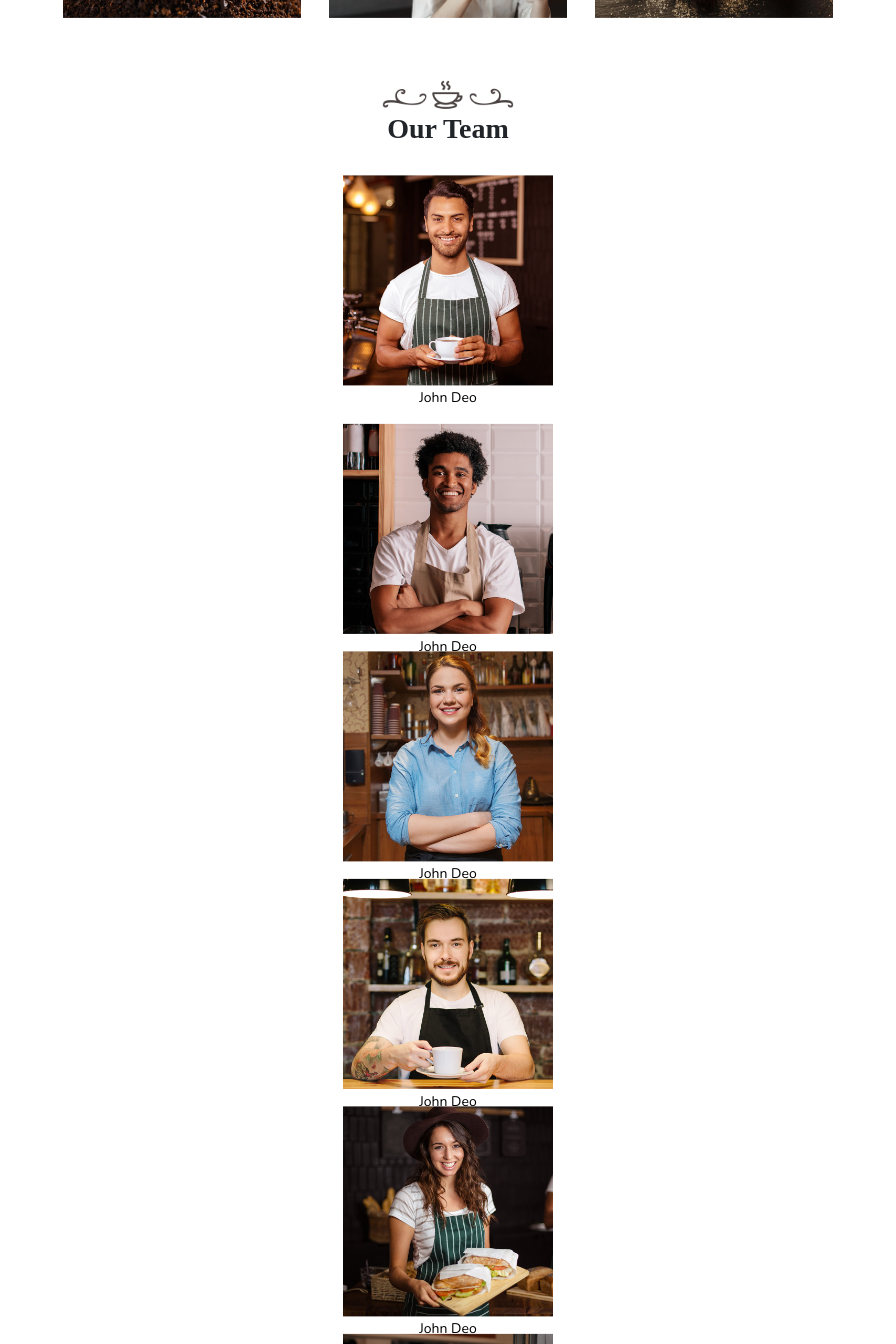
Repository: Ragavan728/coffee_full
Page: index.html
The author's editor kept a copy of each file at every save. The page is drawn from the files as they stood at one save, then again after a run of saves.
The browser window is 1280 px wide. The pictures show the part of the page from y = 3302 to 5222 px (the page is 6627 px tall before and 5327 px after), at 70% of full size.
Some web fonts or font styles are not loaded; a fallback is used.

Above is the page before, as saved 2025-02-10 16:17:58.

### index.html
<!DOCTYPE html>
<html lang="en">

<head>
    <meta charset="UTF-8">
    <meta name="viewport" content="width=device-width, initial-scale=1.0">
    <title>Coffee Shop</title>
    <link rel="shortcut icon" href="./assets/images/logo.png" type="image/x-icon">
    <link rel="stylesheet" href="./style.css">
    <link rel="stylesheet" href="https://cdnjs.cloudflare.com/ajax/libs/font-awesome/6.7.2/css/all.min.css"
        integrity="sha512-Evv84Mr4kqVGRNSgIGL/F/aIDqQb7xQ2vcrdIwxfjThSH8CSR7PBEakCr51Ck+w+/U6swU2Im1vVX0SVk9ABhg=="
        crossorigin="anonymous" referrerpolicy="no-referrer" />
    <!-- <link rel="stylesheet" href="./cssSequence.css"> -->
</head>

<body>
    <header>
        <nav class="navBar"> <!-- component -->
            <div class="navContainer align"> <!-- componentContainer -->
                <div class="navBody grid-2"> <!-- row 1 -->
                    <div class="logoBlock dflex"> <!-- column 1 -->
                        <figure class="logoBox dflex"> <!-- subColumn 1 -->
                            <img src="./assets/images/logo.png" alt="logo">
                        </figure>
                    </div>
                    <div class="navlinkBlock dflex"> <!-- column 2 -->
                        <ul class="navlinkBox dflex"> <!-- subcolumn 1 -->
                            <li><a href="">Home</a></li>
                            <li><a href="">About</a></li>
                            <li><a href="">Menu</a></li>
                            <li><a href="">Gallery</a></li>
                            <li><a href="">Team</a></li>
                            <li><a href="">Contact</a></li>
                        </ul>
                    </div>
                </div>
            </div>
        </nav>
        <section class="heroSection componentSpacing"> <!-- component -->
            <div class="heroContainer align"> <!-- componentContainer -->
                <div class="heroBody grid-1"> <!-- row 1 -->
                    <div class="heroBlock dflex"> <!-- column 1 -->
                        <div class="heroBox dflex-col"> <!-- subcolumn 1 -->
                            <h1>Coffee Heaven</h1>
                            <p>Lorem Ipsum, Dolor Sit Amet Consectetur
                                Adipisicing Elit. Adipisci Ipsa Id Vero
                                Perferendis, Reiciendis Dolores!</p>
                            <button type="button">About Us</button>
                        </div>
                    </div>
                </div>
            </div>
        </section>
    </header>
    <main>
        <section class="ourMenu componentSpacing"> <!-- component -->
            <div class="ourMenuContainer align"> <!-- componentContainer  -->
                <div class="ourMenuBody grid-2"> <!-- row 1 -->
                    <div class="ourMenuImgBlock dflex"> <!-- column 1 -->
                        <figure class="ourMenuImgBox dflex"> <!-- subColumn 1 -->
                            <img src="./assets/images/ourmenu.svg" alt="menuImg">
                        </figure>
                    </div>
                    <div class="ourMenuBlock dflex"> <!-- column 2 -->
                        <div class="ourMenuBox dflex-col"> <!-- subcolumn 1 -->
                            <h2>A Cup Of Coffee Can Complete Your Day</h2>
                            <p>Lorem ipsum, dolor sit amet consectetur adipisicing elit. Pariatur, esse corrupti.
                                Incidunt fuga sit numquam est consequatur provident ipsa quidem! Lorem</p>
                            <button type="button">Our Menu</button>
                        </div>
                    </div>
                </div>
            </div>
        </section>
        <section class="ourFacility componentSpacing"> <!-- component -->
            <div class="ourFacilityContainer align"> <!-- componentContainer -->
                <div class="headingBody grid-1"> <!-- row 1 -->
                    <div class="headingBlock dflex"> <!-- column 1 -->
                        <div class="headingBox dflex-col"> <!-- subcolumn 1 -->
                            <figure class="headingImg">
                                <img src="./assets/images/heading.png" alt="heading_design">
                            </figure>
                            <h2>our facility</h2>
                        </div>
                    </div>
                </div>
                <div class="facilityListsBody grid-4"> <!-- row 2 -->
                    <div class="facilityBlock dflex"> <!-- column 1 -->
                        <div class="facilityCard dflex-col"> <!-- subcolumn 1 -->
                            <figure class="facilityCardHead">
                                <img src="./assets/images/facility_1.png" alt="facility_01">
                            </figure>
                            <div class="facilityCardBody">
                                <h3>Varieties Of Coffee</h3>
                                <p>Lorem Ipsum Dolor, Sit Amet Consectetur Adipisicing Elit.</p>
                            </div>
                        </div>
                    </div>
                    <div class="facilityBlock dflex"> <!-- column 2 -->
                        <div class="facilityCard dflex-col"> <!-- subcolumn 1 -->
                            <figure class="facilityCardHead">
                                <img src="./assets/images/facility_2.png" alt="facility_02">
                            </figure>
                            <div class="facilityCardBody">
                                <h3>Coffee Beans</h3>
                                <p>Lorem Ipsum Dolor, Sit Amet Consectetur Adipisicing Elit.</p>
                            </div>
                        </div>
                    </div>
                    <div class="facilityBlock dflex"> <!-- column 3 -->
                        <div class="facilityCard dflex-col"> <!-- subcolumn 1 -->
                            <figure class="facilityCardHead">
                                <img src="./assets/images/facility_3.png" alt="facility_03">
                            </figure>
                            <div class="facilityCardBody">
                                <h3>Breakfast And Sweets</h3>
                                <p>Lorem Ipsum Dolor, Sit Amet Consectetur Adipisicing Elit.</p>
                            </div>
                        </div>
                    </div>
                    <div class="facilityBlock dflex"> <!-- column 4 -->
                        <div class="facilityCard dflex-col"> <!-- subcolumn 1 -->
                            <figure class="facilityCardHead">
                                <img src="./assets/images/facility_4.png" alt="facility_04">
                            </figure>
                            <div class="facilityCardBody">
                                <h3>Ready To Go Coffee</h3>
                                <p>Lorem Ipsum Dolor, Sit Amet Consectetur Adipisicing Elit.</p>
                            </div>
                        </div>
                    </div>
                </div>
            </div>
        </section>
        <section class="popularMenu componentSpacing"> <!-- component -->
            <div class="popularMenuContainer align"> <!-- componentContainer -->
                <div class="headingBody grid-1"> <!-- row 1 -->
                    <div class="headingBlock dflex"> <!-- column 1 -->
                        <div class="headingBox dflex-col"> <!-- subcolumn 1 -->
                            <figure class="headingImg">
                                <img src="./assets/images/heading.png" alt="heading_design">
                            </figure>
                            <h2>Popular menu</h2>
                        </div>
                    </div>
                </div>
                <div class="popularMenuBody grid-3"> <!-- row 2 -->
                    <div class="popularMenuBlock dflex"> <!-- column 1 -->
                        <div class="popularMenuCard dflex-col"> <!-- subcolumn 1 -->
                            <figure class="popularCardHead">
                                <img src="./assets/images/popular_1.png" alt="popular_01">
                            </figure>
                            <div class="popularCardBody">
                                <p>love you coffee</p>
                            </div>
                        </div>
                    </div>
                    <div class="popularMenuBlock dflex"> <!-- column 2 -->
                        <div class="popularMenuCard dflex-col"> <!-- subcolumn 1 -->
                            <figure class="popularCardHead">
                                <img src="./assets/images/popular_2.png" alt="popular_02">
                            </figure>
                            <div class="popularCardBody">
                                <p>Cappuccino</p>
                            </div>
                        </div>
                    </div>
                    <div class="popularMenuBlock dflex"> <!-- column 3 -->
                        <div class="popularMenuCard dflex-col"> <!-- subcolumn 1 -->
                            <figure class="popularCardHead">
                                <img src="./assets/images/popular_3.png" alt="popular_03">
                            </figure>
                            <div class="popularCardBody">
                                <p>Mocha Coffee</p>
                            </div>
                        </div>
                    </div>
                    <div class="popularMenuBlock dflex"> <!-- column 4 -->
                        <div class="popularMenuCard dflex-col"> <!-- subcolumn 1 -->
                            <figure class="popularCardHead">
                                <img src="./assets/images/popular_4.png" alt="popular_04">
                            </figure>
                            <div class="popularCardBody">
                                <p>Frappuccino</p>
                            </div>
                        </div>
                    </div>
                    <div class="popularMenuBlock dflex"> <!-- column 5 -->
                        <div class="popularMenuCard dflex-col"> <!-- subcolumn 1 -->
                            <figure class="popularCardHead">
                                <img src="./assets/images/popular_5.png" alt="popular_05">
                            </figure>
                            <div class="popularCardBody">
                                <p>Black Coffee</p>
                            </div>
                        </div>
                    </div>
                    <div class="popularMenuBlock dflex"> <!-- column 6 -->
                        <div class="popularMenuCard dflex-col"> <!-- subcolumn 1 -->
                            <figure class="popularCardHead">
                                <img src="./assets/images/popular_6.png" alt="popular_06">
                            </figure>
                            <div class="popularCardBody">
                                <p>Love Heart Coffee</p>
                            </div>
                        </div>
                    </div>
                </div>
            </div>
        </section>
        <section class="ourGallery componentSpacing"> <!-- component -->
            <div class="ourGalleryContainer align"> <!-- componentContainer -->
                <div class="headingBody grid-1"> <!-- row 1 -->
                    <div class="headingBlock dflex"> <!-- column 1 -->
                        <div class="headingBox dflex-col"> <!-- subcolumn 1 -->
                            <figure class="headingImg">
                                <img src="./assets/images/heading.png" alt="heading_design">
                            </figure>
                            <h2>our gallery</h2>
                        </div>
                    </div>
                </div>
                <div class="ourGalleryBody grid-3"> <!-- row 2 -->
                    <div class="ourGalleryBlock dflex"> <!-- column 1 -->
                        <div class="ourGalleryCard dflex-col"> <!-- subcolumn 1 -->
                            <figure class="cardHead">
                                <img src="./assets/images/gallery_1.webp" alt="gallery_1">
                            </figure>
                        </div>
                    </div>
                    <div class="ourGalleryBlock dflex"> <!-- column 2 -->
                        <div class="ourGalleryCard dflex-col"> <!-- subcolumn 1 -->
                            <figure class="cardHead">
                                <img src="./assets/images/gallery_2.webp" alt="gallery_2">
                            </figure>
                        </div>
                    </div>
                    <div class="ourGalleryBlock dflex"> <!-- column 3 -->
                        <div class="ourGalleryCard dflex-col"> <!-- subcolumn 1 -->
                            <figure class="cardHead">
                                <img src="./assets/images/gallery_3.webp" alt="gallery_3">
                            </figure>
                        </div>
                    </div>
                    <div class="ourGalleryBlock dflex"> <!-- column 4 -->
                        <div class="ourGalleryCard dflex-col"> <!-- subcolumn 1 -->
                            <figure class="cardHead">
                                <img src="./assets/images/gallery_4.webp" alt="gallery_4">
                            </figure>
                        </div>
                    </div>
                    <div class="ourGalleryBlock dflex"> <!-- column 5 -->
                        <div class="ourGalleryCard dflex-col"> <!-- subcolumn 1 -->
                            <figure class="cardHead">
                                <img src="./assets/images/gallery_5.webp" alt="gallery_5">
                            </figure>
                        </div>
                    </div>
                    <div class="ourGalleryBlock dflex"> <!-- column 6 -->
                        <div class="ourGalleryCard dflex-col"> <!-- subcolumn 1 -->
                            <figure class="cardHead">
                                <img src="./assets/images/gallery_6.webp" alt="gallery_6">
                            </figure>
                        </div>
                    </div>
                </div>
            </div>
        </section>
        <section class="ourTeam componentSpacing"> <!-- component -->
            <div class="ourTeamContainer align"> <!-- componentContainer -->
                <div class="headingBody grid-1"> <!-- row 1 -->
                    <div class="headingBlock dflex"> <!-- column 1 -->
                        <div class="headingBox dflex-col"> <!-- subcolumn 1 -->
                            <figure class="headingImg">
                                <img src="./assets/images/heading.png" alt="heading_design">
                            </figure>
                            <h2>our team</h2>
                        </div>
                    </div>
                </div>
                <div class="ourTeamBody"> <!-- row 2 -->
                    <div class="ourTeamBlock"> <!-- column 1 -->
                        <div class="ourTeamCard"> <!-- subcolumn 1 -->
                            <figure class="teamCardHead">
                                <img src="./assets/images/team_1.jpg" alt="team_1">
                            </figure>
                            <div class="teamCardBody">
                                <p>john deo</p>
                            </div>
                        </div>
                    </div>
                    <div class="ourTeamBlock "> <!-- column 2 -->
                        <div class="ourTeamBox"> <!-- subcolumn 1 -->
                            <figure class="teamCardHead">
                                <img src="./assets/images/team_2.jpg" alt="team_2">
                            </figure>
                            <div class="teamCardBody">
                                <p>john deo</p>
                            </div>
                        </div>
                    </div>
                    <div class="ourTeamBlock "> <!-- column 3 -->
                        <div class="ourTeamBox"> <!-- subcolumn 1 -->
                            <figure class="teamCardHead">
                                <img src="./assets/images/team_3.jpg" alt="team_3">
                            </figure>
                            <div class="teamCardBody">
                                <p>john deo</p>
                            </div>
                        </div>
                    </div>
                    <div class="ourTeamBlock "> <!-- column 4 -->
                        <div class="ourTeamBox"> <!-- subcolumn 1 -->
                            <figure class="teamCardHead">
                                <img src="./assets/images/team_4.jpg" alt="team_4">
                            </figure>
                            <div class="teamCardBody">
                                <p>john deo</p>
                            </div>
                        </div>
                    </div>
                    <div class="ourTeamBlock "> <!-- column 5 -->
                        <div class="ourTeamBox"> <!-- subcolumn 1 -->
                            <figure class="teamCardHead">
                                <img src="./assets/images/team_5.jpg" alt="team_5">
                            </figure>
                            <div class="teamCardBody">
                                <p>john deo</p>
                            </div>
                        </div>
                    </div>
                    <div class="ourTeamBlock "> <!-- column 6 -->
                        <div class="ourTeamBox"> <!-- subcolumn 1 -->
                            <figure class="teamCardHead">
                                <img src="./assets/images/team_6.jpg" alt="team_6">
                            </figure>
                            <div class="teamCardBody">
                                <p>john deo</p>
                            </div>
                        </div>
                    </div>
                </div>
            </div>
        </section>
        <section class="contactUs"> <!-- component -->
            <div class="contactContainer"> <!-- componentContainer -->
                <div class="headingBody"> <!-- row 1 -->
                    <div class="headingBlock"> <!-- column 1 -->
                        <div class="headingBox"> <!-- subcolumn 1 -->
                            <figure class="headingImg">
                                <img src="./assets/images/heading.png" alt="heading_design">
                            </figure>
                            <h2>contact us</h2>
                        </div>
                    </div>
                </div>
                <div class="contactUsBody"> <!-- row 2 -->
                    <div class="contactUsImgBlock"> <!-- column 1 -->
                        <figure class="imgBox"> <!-- subcolumn 1 -->
                            <img src="./assets/images/contact-img (1).jpg" alt="">
                        </figure>
                    </div>
                    <div class="contactFormBlock"> <!-- column 2 -->


                    </div>
                </div>
            </div>
        </section>
    </main>
    <footer>
        <section class="footer"> <!-- component -->
            <div class="footerContainer"> <!-- componentContainer -->
                <div class="footerBody"> <!-- row 1 -->
                    <div class="footerBlock"> <!-- column 1 -->
                        <div class="footerCard"> <!-- subcolumn 1 -->
                            <div class="cardHead">
                                <i class="fa-solid fa-envelope"></i>
                            </div>
                            <div class="cardBody">
                                <h5>our email</h5>
                                <p>shaakshi@gmail.com</p>
                                <p>hyhy@gmail.com</p>
                            </div>
                        </div>
                    </div>
                    <div class="footerBlock"> <!-- column 2 -->
                        <div class="footerCard"> <!-- subcolumn 1 -->
                            <div class="cardHead">
                                <i class="fa-regular fa-clock"></i>
                            </div>
                            <div class="cardBody">
                                <h5>opening hours</h5>
                                <p>07:00am to 09:00pm</p>
                            </div>
                        </div>
                    </div>
                    <div class="footerBlock"> <!-- column 3 -->
                        <div class="footerCard"> <!-- subcolumn 1 -->
                            <div class="cardHead">
                                <i class="fa-solid fa-location-dot"></i>
                            </div>
                            <div class="cardBody">
                                <h5>shop location</h5>
                                <p>mumbai, india- 400101</p>
                            </div>
                        </div>
                    </div>
                    <div class="footerBlock"> <!-- column 4 -->
                        <div class="footerCard"> <!-- subcolumn 1 -->
                            <div class="cardHead">
                                <i class="fa-solid fa-phone"></i>
                            </div>
                            <div class="cardBody">
                                <h5>our number</h5>
                                <p>+91-123-456-7890</p>
                                <p>+91-111-222-3333</p>
                            </div>
                        </div>
                    </div>
                </div>
                <div class="copyrightsBody"> <!-- row 2 -->
                    <div class="copyrightsBlock"> <!-- column 1  -->
                        <div class="copyrightsBox"> <!-- subcolumn 1 -->
                            <p>
                                © copyright @ 2022 by <span>mr. web designer</span> | all rights reserved
                            </p>
                        </div>
                    </div>
                </div>
            </div>
        </section>
    </footer>
</body>

</html>

Loaded but not shown: style.css (1032 lines, source omitted)

After the next 3 saves:
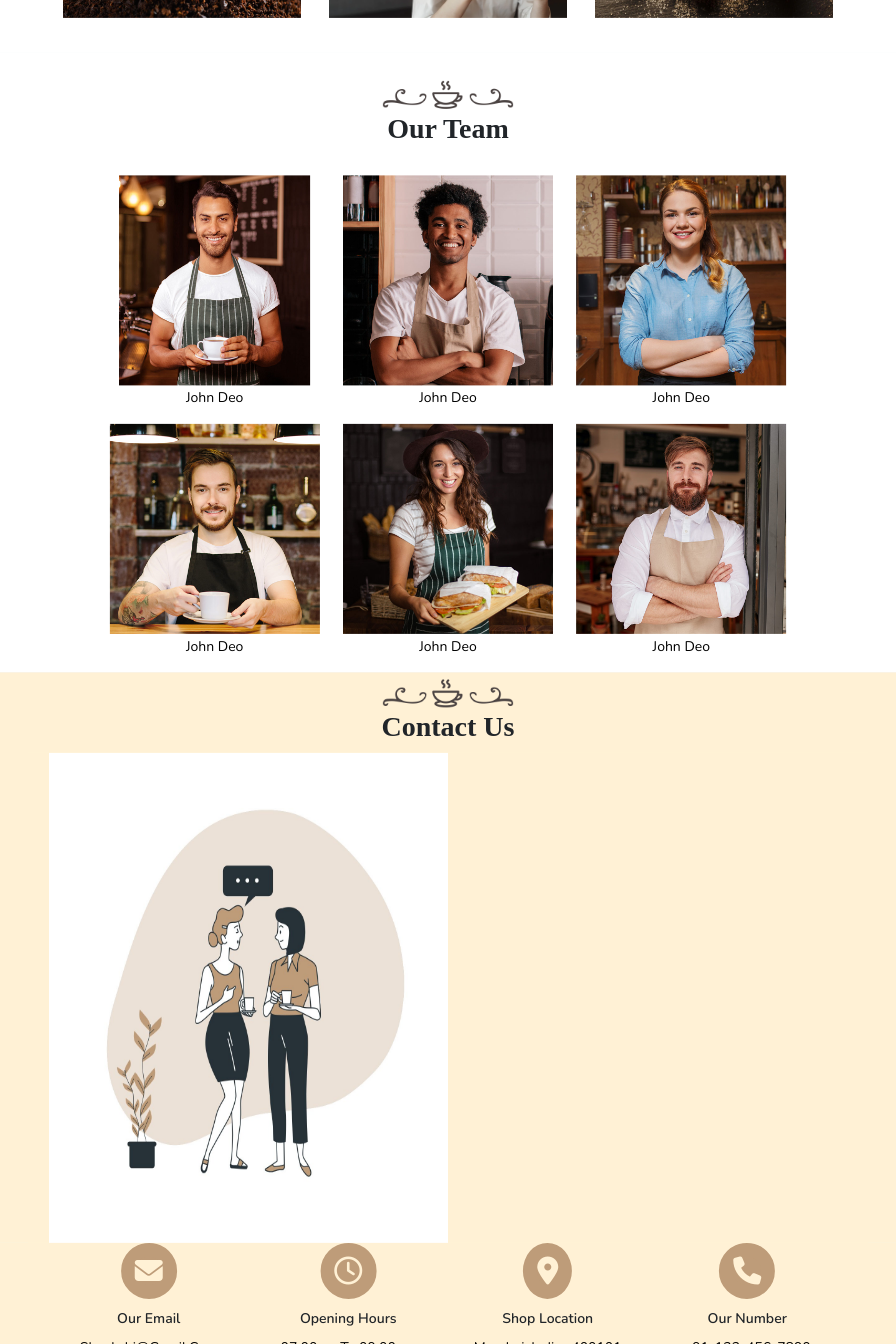
The 3 saves are shown as one change because they came seconds apart.
The last was saved 8 s later.
--- a/index.html
+++ b/index.html
@@ -278,7 +278,7 @@
                         </div>
                     </div>
                 </div>
-                <div class="ourTeamBody"> <!-- row 2 -->
+                <div class="ourTeamBody grid-3"> <!-- row 2 -->
                     <div class="ourTeamBlock"> <!-- column 1 -->
                         <div class="ourTeamCard"> <!-- subcolumn 1 -->
                             <figure class="teamCardHead">
